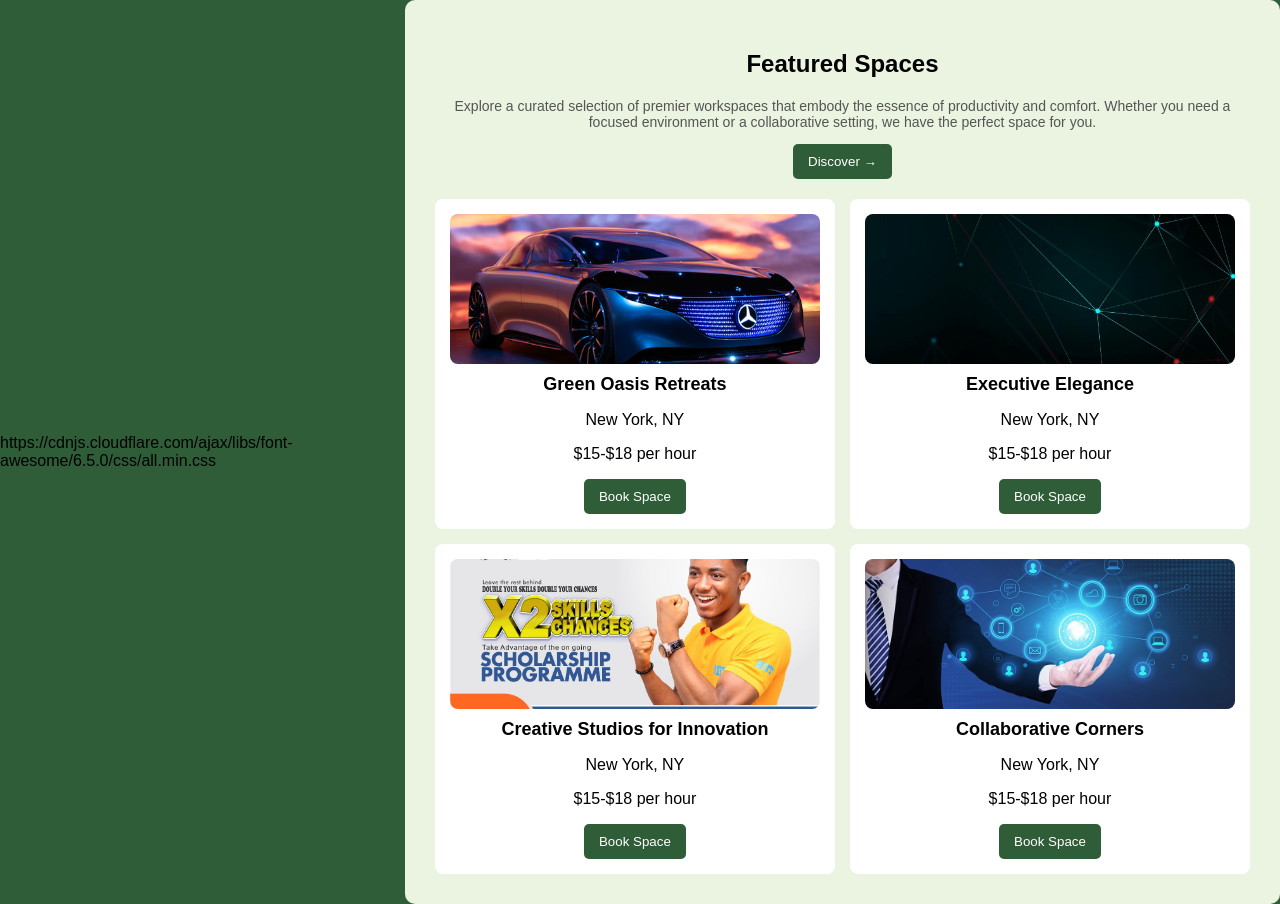
Repository: Femi007-gh/Assignment1
Page: index.html
The author's editor kept a copy of each file at every save. The page is drawn from the files as they stood at one save, then again after the next save.
The browser window is 1280 px wide. The pictures show the whole page.

Above is the page before, as saved 2025-01-30 12:53:55.

After the next save:
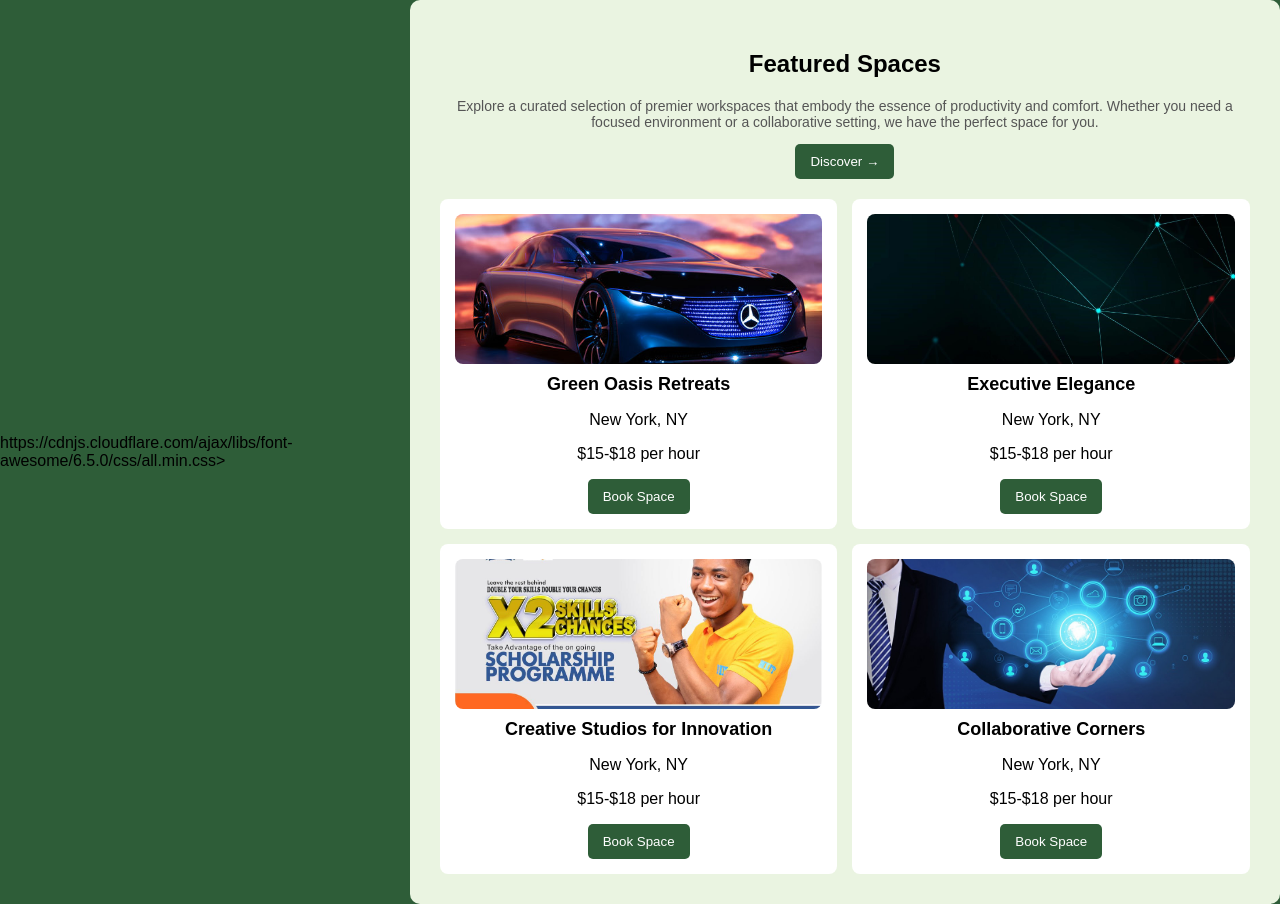
Saved 4 s later.
--- a/index.html
+++ b/index.html
@@ -2,7 +2,7 @@
 <head>
     <title>Featured Spaces</title>
     <link rel="stylesheet" href="style.css">
-    https://cdnjs.cloudflare.com/ajax/libs/font-awesome/6.5.0/css/all.min.css
+    https://cdnjs.cloudflare.com/ajax/libs/font-awesome/6.5.0/css/all.min.css>
 </head>
 <body>
     <div class="container">
